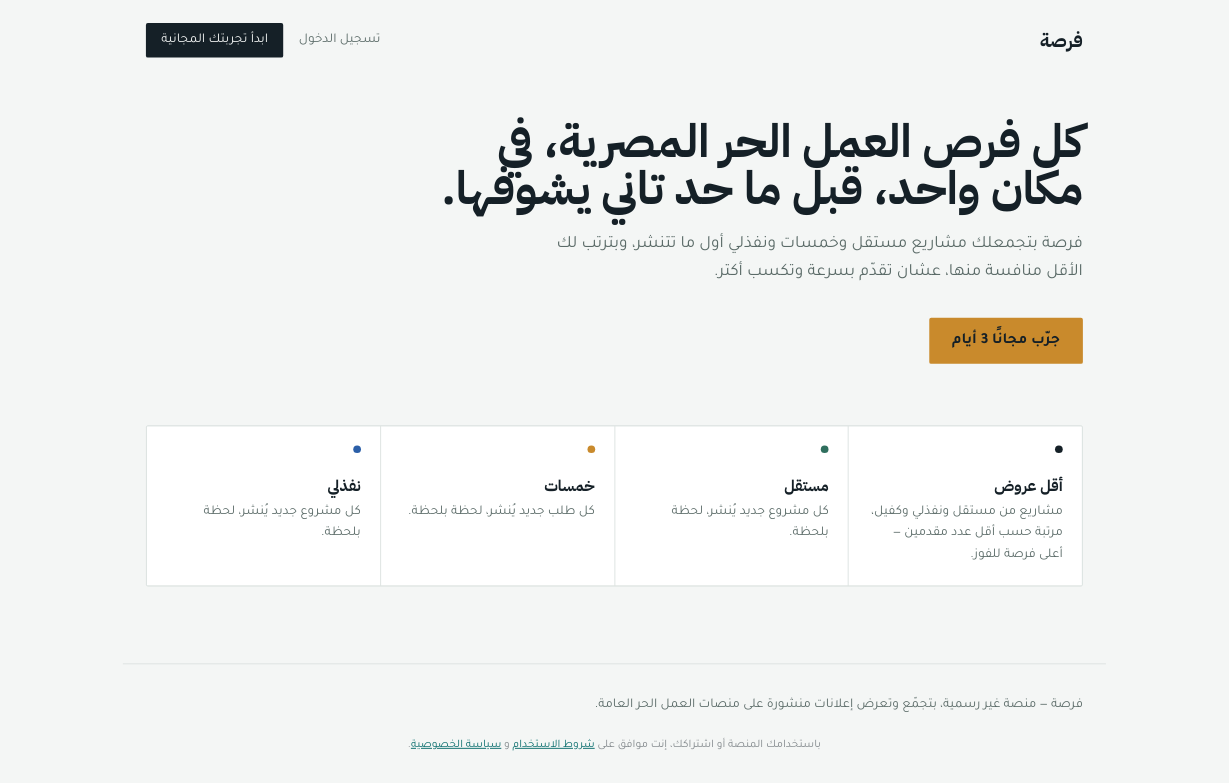
Repository: Omrtyurke123/forsa
Page: /
An editor plug-in stored every save of this project. The page is shown before and after the next save, followed by the edit.
The browser window is 1280 px wide. The pictures show the whole page, at 96% of full size.
The project was rebuilt for these pictures with package versions that can differ from the ones it lists, and the page was loaded fresh each time. The framework's server and built-in components were replaced by stand-ins that run in the browser. Also part of the build but not shown: next.config.mjs.

Above is the page before, as saved 2026-10-15 20:40:09.

After the next save:
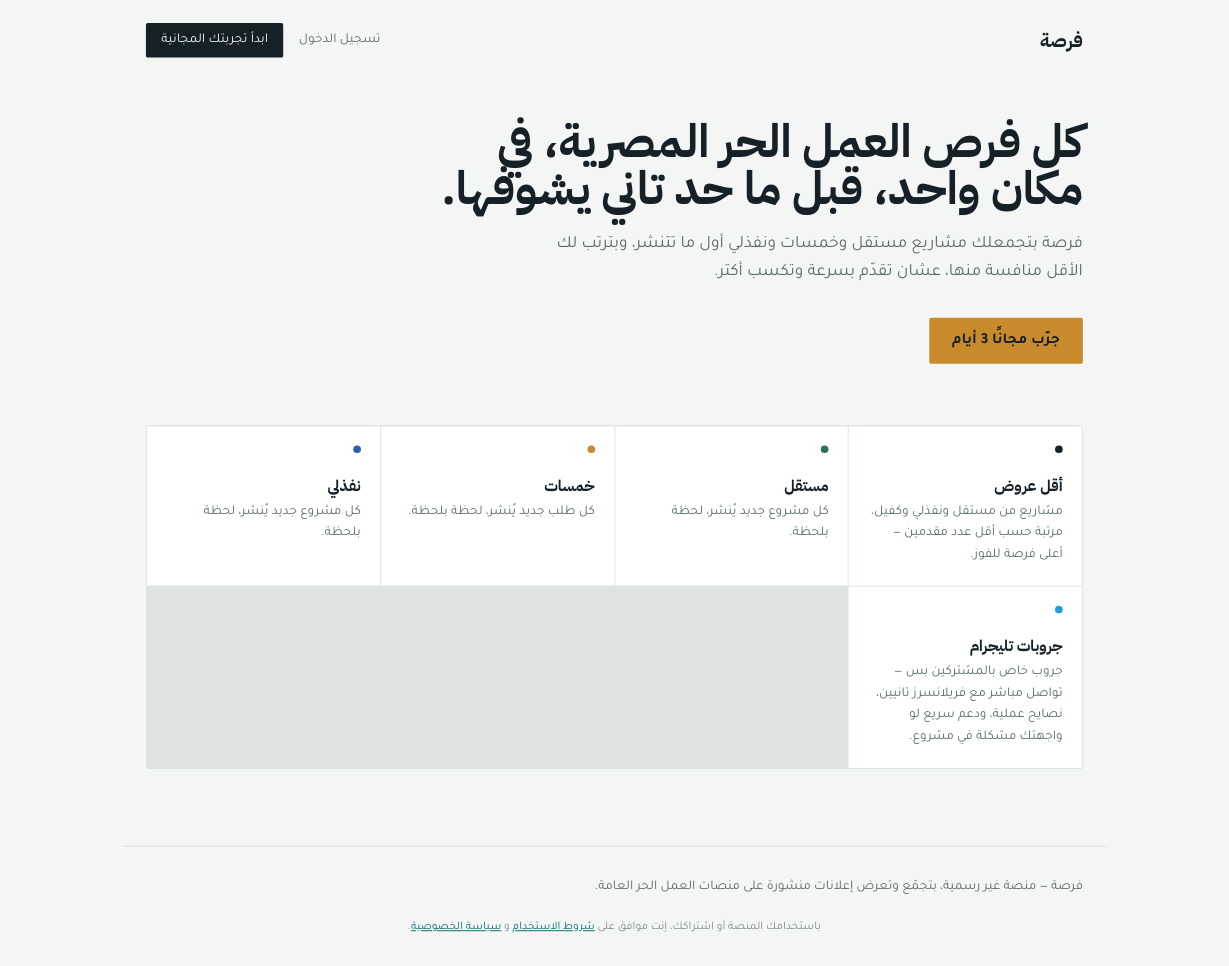
Saved 38 s later.
--- a/app/page.js
+++ b/app/page.js
@@ -9,6 +9,11 @@
   { name: "مستقل", desc: "كل مشروع جديد يُنشر، لحظة بلحظة.", color: "bg-mostaql" },
   { name: "خمسات", desc: "كل طلب جديد يُنشر، لحظة بلحظة.", color: "bg-khamsat" },
   { name: "نفذلي", desc: "كل مشروع جديد يُنشر، لحظة بلحظة.", color: "bg-nafezly" },
+  {
+    name: "جروبات تليجرام",
+    desc: "جروب خاص بالمشتركين بس — تواصل مباشر مع فريلانسرز تانيين، نصايح عملية، ودعم سريع لو واجهتك مشكلة في مشروع.",
+    color: "bg-[#229ED9]",
+  },
 ];
 
 export default function Home() {
